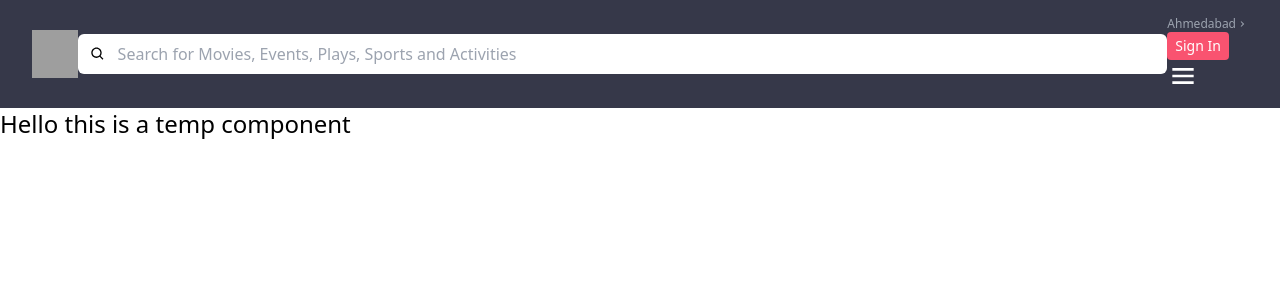
Repository: srush-shah/book-my-show-clone
Page: /
An editor plug-in stored every save of this project. The page is shown before and after a run of saves, followed by the edit.
The browser window is 1280 px wide. The pictures show the whole page.
Pictures or frames that could not be fetched are drawn as grey boxes. The project was rebuilt for these pictures with package versions that can differ from the ones it lists, and the page was loaded fresh each time.

Above is the page before, as saved 2022-11-23 02:32:36.

### src/App.jsx
import DefaultHOC from "./HOC/Default.HOC";
import Temp from "./components/temp";

function App() {
  return (
    <>
      <DefaultHOC path="/" exact element={<Temp />} />
    </>
  );
}

export default App;

### src/HOC/Default.HOC.jsx
import React from "react";
import { Route, Routes } from "react-router-dom";
import DefaultLayout from "../layouts/Default.layout";

const DefaultHOC = ({ element: Element, ...rest }) => {
  return (
    <>
      <Routes>
        <Route {...rest} exact element={<DefaultLayout element={Element} />} />
      </Routes>
    </>
  );
};

export default DefaultHOC;

### src/components/temp.jsx
import React from "react";

function Temp() {
  return (
    <>
      <h1 className="text-2xl">Hello this is a temp component</h1>
    </>
  );
}

export default Temp;

### src/layouts/Default.layout.jsx
import React from "react";

//Components
import Navbar from "../components/Navbar/navbar.component";

const DefaultLayout = ({ element: Element, ...props }) => {
  return (
    <>
      <Navbar />
      {Element}
    </>
  );
};

export default DefaultLayout;

### src/components/Navbar/navbar.component.jsx
import React from "react";
import { BiChevronRight, BiSearch, BiMenu } from "react-icons/bi";

const NavSm = () => {
  return (
    <>
      <div className="text-white flex items-center justify-between">
        <div>
          <h3 className="text-xl font-bold">It All Starts Here!</h3>
          <span className="text-gray-400 text-xs flex items-center">
            Ahmedabad <BiChevronRight />
          </span>
        </div>
        <div className="w-8 h-8">
          <BiSearch className="w-full h-full" />
        </div>
      </div>
    </>
  );
};
const NavMd = () => {
  return (
    <div className="w-full flex items-center gap-3 bg-white py-2 px-3 rounded-md">
      <BiSearch />
      <input
        type="search"
        className="w-full bg-transparent border-none focus:outline-none"
        placeholder="Search for Movies, Events, Plays, Sports and Activities"
      />
    </div>
  );
};
const NavLg = () => {
  return (
    <>
      <div className="container mx-auto px-4 flex items-center">
        <div className="flex items-center w-full">
          <div className="w-12 h-12">
            <img
              src="https://i.ibb.co/zPBYW3H/imgbin-bookmyshow-office-android-ticket-png.png"
              alt="logo"
              className="w-full h-full"
            />
          </div>
          <div className="w-full flex items-center gap-3 bg-white py-2 px-3 rounded-md">
            <BiSearch />
            <input
              type="search"
              className="w-full bg-transparent border-none focus:outline-none"
              placeholder="Search for Movies, Events, Plays, Sports and Activities"
            />
          </div>
        </div>
        <div>
          <span className="text-gray-400 text-xs flex items-center">
            Ahmedabad <BiChevronRight />
          </span>
          <button className="bg-bmsRed-300 text-white px-2 py-1 text-sm rounded">
            Sign In
          </button>
          <div className="w-8 h-8 text-white">
            <BiMenu className="w-full h-full" />
          </div>
        </div>
      </div>
    </>
  );
};

const Navbar = () => {
  return (
    <>
      <nav className="bg-bms-700 p-4">
        <div className="md:hidden">
          <NavSm />
        </div>
        <div className="hidden md:flex lg:hidden">
          <NavMd />
        </div>
        <div className="hidden lg:flex">
          <NavLg />
        </div>
      </nav>
    </>
  );
};

export default Navbar;

### tailwind.config.js
/** @type {import('tailwindcss').Config} */
module.exports = {
  content: ["./src/**/*.{html,js,jsx}"],
  theme: {
    extend: {
      colors: {
        bms: {
          50: "#edf1fc",
          100: "#d3d4e1",
          200: "#b6b8c9",
          300: "#989bb2",
          400: "#7c7f9b",
          500: "#636582",
          600: "#4c4f66",
          700: "#363849",
          800: "#21222e",
          900: "#0a0a16",
        },
        bmsRed: {
          50: "#ffe3eb",
          100: "#ffb3c2",
          200: "#fb8399",
          300: "#f95370",
          400: "#f62448",
          500: "#dc0d2f",
          600: "#ac0624",
          700: "#7c031a",
          800: "#4c000e",
          900: "#1f0003",
        },
      },
    },
  },
  plugins: [],
};

Loaded but not shown: public/index.html (common file); src/index.jsx (common file); src/index.css (common file)

After the next 2 saves:
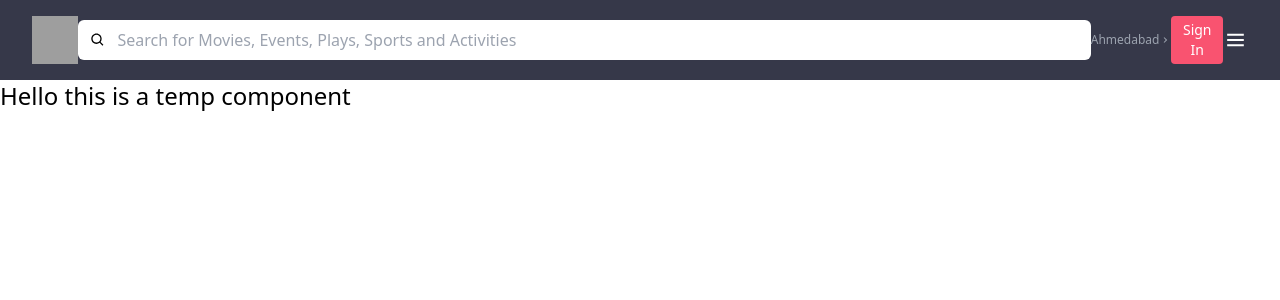
The 2 saves are shown as one change because they came seconds apart.
The last was saved 22 s later.
--- a/src/components/Navbar/navbar.component.jsx
+++ b/src/components/Navbar/navbar.component.jsx
@@ -51,7 +51,7 @@ const NavLg = () => {
             />
           </div>
         </div>
-        <div>
+        <div className="flex items-center">
           <span className="text-gray-400 text-xs flex items-center">
             Ahmedabad <BiChevronRight />
           </span>
